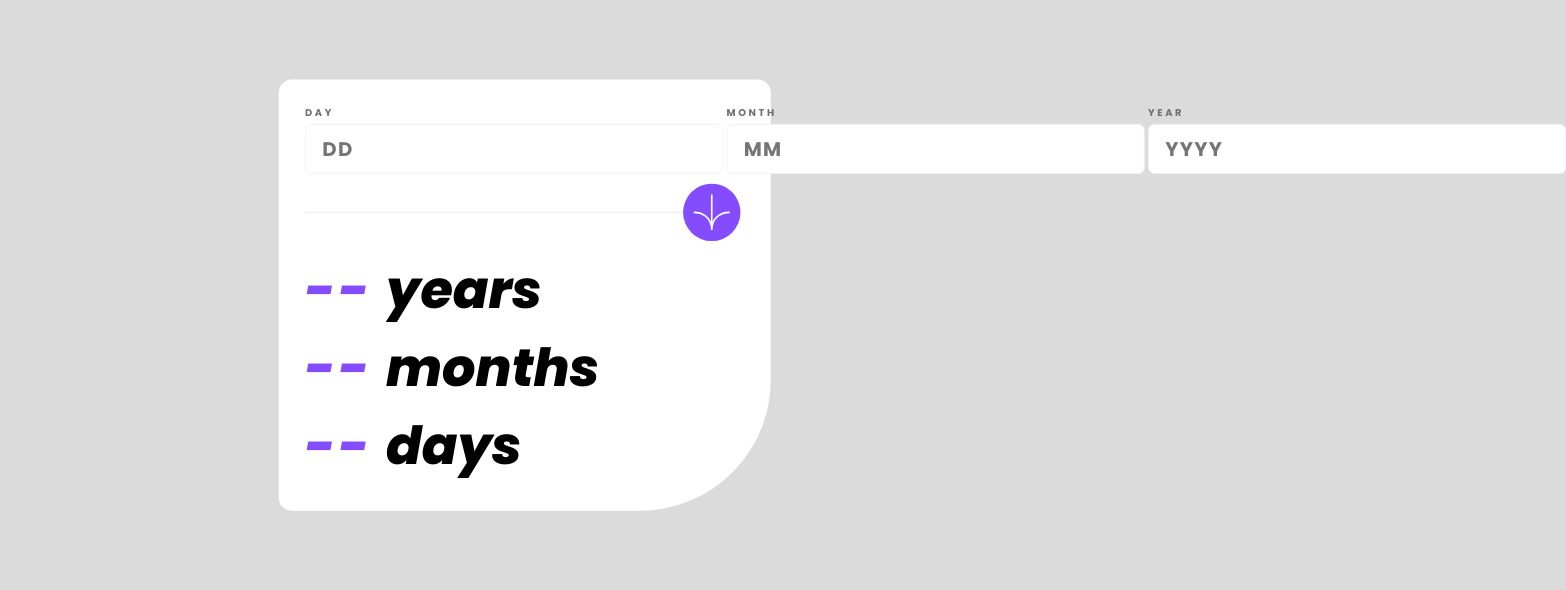
Repository: blordeus/age-calculator-app
Page: /
An editor plug-in stored every save of this project. The page is shown before and after the next save, followed by the edit.
The browser window is 1280 px wide. The page is 1910 px wide, then 1280 px, then 1910 px, so the pictures cover 1910 px, including what lies to the right of the window. The pictures show the whole page, at 82% of full size.
The project was rebuilt for these pictures with package versions that can differ from the ones it lists, and the page was loaded fresh each time.

Above is the page before, as saved 2023-08-23 16:03:43.

### src/App.js
 import { useState } from "react";
 import "./style.css";

 import arrowIcon from './images/icon-arrow.svg'

const App = () => {
  const [formData, setFormData] = useState({
    day: "",
    month: "",
    year: "",
  });

  const [formErrors, setFormErrors] = useState({
    day: "",
    month: "",
    year: "",
    generic: "",
  });

  const [output, setOutput] = useState({
    days: "",
    months: "",
    years: "",
  });

  const hasErrors = formErrors.day || formErrors.month || formErrors.year || formErrors.generic;

  return (
    <div className="card-container">
      <div className="inputs-container">
      <div className="input-label-container">
        <label htmlFor="day" style={{
          color: hasErrors ? "hsl(0,100%,67%)" : "hsl(0,1%,44%)",
        }}>Day</label>
        <input
        type="number"
        id="day"
        placeholder="DD"
        min={1}
        value={formData.day}
        style={{
          border: hasErrors
          ? '1px solid hsl(0,100%,67%)'
          : '1px solid hsl(0,0%,94%)'
        }}
        onChange={(e) =>
        setFormData((prevState) =>
        ({...prevState,
          day:e.target.value}))}
        />
        {formErrors.day && <p className="error">{formErrors.day}</p>}
      </div>

      <div className="input-label-container">
        <label htmlFor="month" style={{
          color: hasErrors ? "hsl(0,100%,67%)" : "hsl(0,1%,44%)",
        }}>Month</label>
        <input
        type="number"
        id="day"
        placeholder="MM"
        min={1}
        value={formData.month}
        style={{
          border: hasErrors
          ? '1px solid hsl(0,100%,67%)'
          : '1px solid hsl(0,0%,94%)'
        }}
        onChange={(e) =>
        setFormData((prevState) =>
        ({...prevState,
          month:e.target.value}))}
        />
        {formErrors.month && <p className="error">{formErrors.month}</p>}
      </div>

      <div className="input-label-container">
        <label htmlFor="year" style={{
          color: hasErrors ? "hsl(0,100%,67%)" : "hsl(0,1%,44%)",
        }}>Year</label>
        <input
        type="number"
        id="year"
        placeholder="YYYY"
        min={1}
        value={formData.year}
        style={{
          border: hasErrors
          ? '1px solid hsl(0,100%,67%)'
          : '1px solid hsl(0,0%,94%)'
        }}
        onChange={(e) =>
        setFormData((prevState) =>
        ({...prevState,
          year:e.target.value}))}
        />
        {formErrors.year && <p className="error">{formErrors.year}</p>}
      </div>
    </div>

    {formErrors.generic && (
      <p className="error generic">{formErrors.generic}</p>
    )}

<div className="divider-container">
  <div className="divider"></div>

  <button className="btn" onClick={() => null}>
    <img src={arrowIcon} alt="arrowIcon" />
  </button>
</div>

<div className="output-container">
  <h1>
    <span className="highlighted">
    {output.years === "" ? '--' : output.years}{" "}
    </span>
    {output.years === 1 ? 'year' : "years"}
    </h1>

    <h1>
    <span className="highlighted">
    {output.months === "" ? '--' : output.months}{" "}
    </span>
    {output.months === 1 ? 'month' : "months"}
    </h1>

    <h1>
    <span className="highlighted">
    {output.days === "" ? '--' : output.days}{" "}
    </span>
    {output.days === 1 ? 'day' : "days"}
    </h1>
</div>
    </div>
  );
};

export default App;

### src/style.css
@import url("https://fonts.googleapis.com/css2?family=Poppins:ital,wght@0,700;1,400;1,800&display=swap");

* {
  box-sizing: border-box;
  margin: 0;
  padding: 0;
  font-family: "Poppins", sans-serif;
}

:root {
  --Purple: hsl(259, 100%, 65%);
  --Light-red: hsl(0, 100%, 67%);
  --White: hsl(0, 0%, 100%);
  --Off-white: hsl(0, 0%, 94%);
  --Light-grey: hsl(0, 0%, 86%);
  --Smokey-grey: hsl(0, 1%, 44%);
  --Off-black: hsl(0, 0%, 8%);
}

body {
  background-color: var(--Light-grey);
  min-height: 100vh;
  display: flex;
  align-items: center;
  justify-content: center;
}

.card-container {
  width: 600px;
  border-radius: 1rem 1rem 10rem 1rem;
  background-color: var(--White);
  padding: 2rem;
  max-width: 90vw;
  margin-top: 1rem;
  margin-bottom: 1rem;
}

.inputs-container {
  display: flex;

  gap: 0.25rem;
}

.input-label-container {
  display: flex;
  flex-direction: column;
  gap: 0.25rem;
  flex: 1;
}

.input-label-container label {
  text-transform: uppercase;
  font-size: 0.75rem;
  letter-spacing: 0.2rem;
}

.input-label-container input {
  width: 130opx;
  padding: 0.75rem 1rem 0.75rem 1.25rem;
  font-size: 1.5rem;
  color: var(--Off-black);
  border-radius: 0.5rem;
  outline: none;
  letter-spacing: 0.1rem;
}

.error {
  color: var(--Light-red);
  font-weight: 400;
  font-style: italic;
  margin-top: 0.25rem;
  letter-spacing: 0.1rem;
  font-size: 0.75rem;
}

.error.generic {
  margin-top: 0.5rem;
}

.divider-container {
  display: flex;
  align-items: center;
  margin-top: 0.75rem;
  margin-bottom: 0.75rem;
}

.divider {
  height: 2px;
  background-color: var(--Off-white);
  width: 86%;
}

.btn {
  width: 70px;
  height: 70px;
  border-radius: 50%;
  background-color: var(--Purple);
  border:none;
  cursor: pointer;
  display: flex;
  align-items: center;
  justify-content: center;
}

.btn:hover {
  background-color: var(--Off-Black);
}

.output-container h1 {
  font-size: 4rem;
  font-weight: 800;
  font-style: italic;
}

.output-container .highlighted {
  color: var(--Purple);
  letter-spacing: 0.25rem;
}

@media only screen and (max-width: 620px) {
  .divider-container {
    display: block;
    position: relative;
    margin-top: 3rem;
    margin-bottom: 3rem;
  }

  .divider {
  width: 100%;
}

.btn {
  position: absolute;
  left: 50%;
  top: 50%;
  transform: translate(-50%, -50%);
}

.inputs-container {
  gap: 0.85rem;
}

.input-label-container input {
  font-size: 1rem;
}

.output-container h1 {
  font-size: 2.5rem;
}
}

@media only screen and (max-width: 530px) {
.inputs-container {
  flex-direction: column;
}

.input-label-container {
  width: 100%;
}

.input-label-container input {
  width: 100%;
}

.card-container {
  border-radius: 1rem 1rem 5rem 1rem;
}
}

Loaded but not shown: src/index.js (common file)

After the next save:
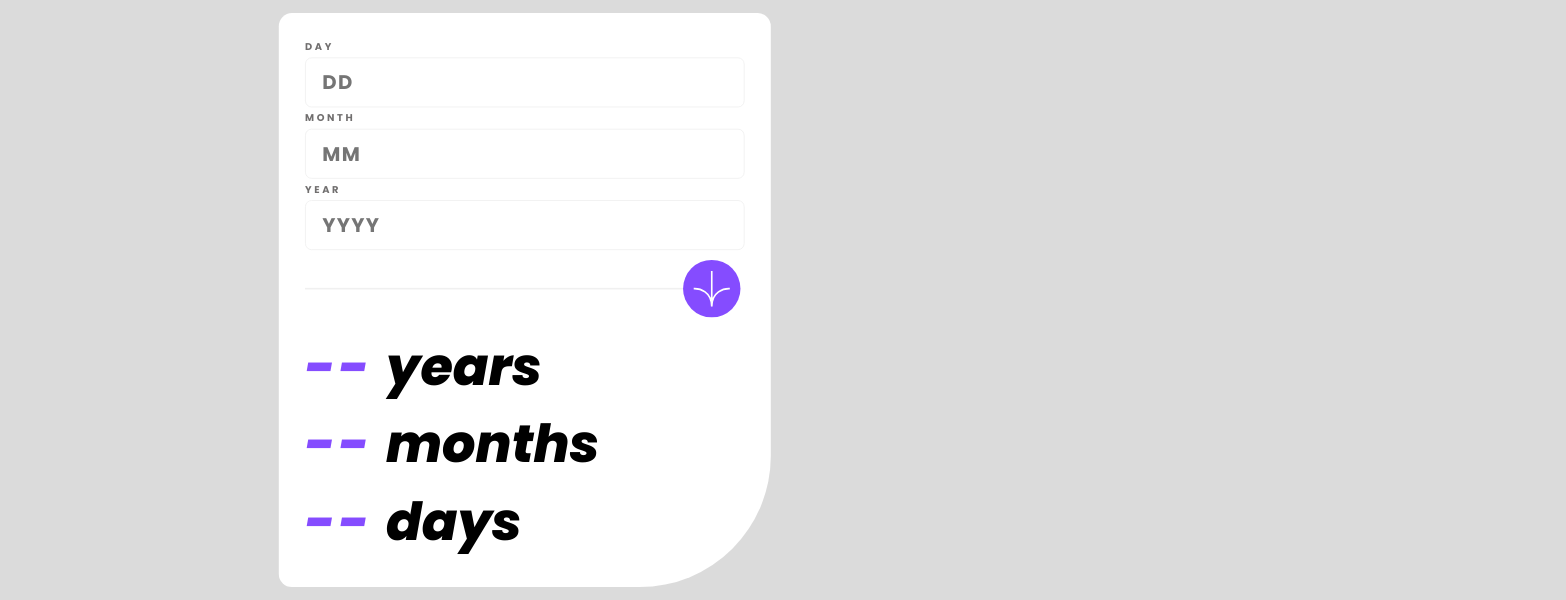
Saved 8 s later.
--- a/src/style.css
+++ b/src/style.css
@@ -37,7 +37,7 @@
 
 .inputs-container {
   display: flex;
-
+  flex-direction: column;
   gap: 0.25rem;
 }
 

After the save that followed:
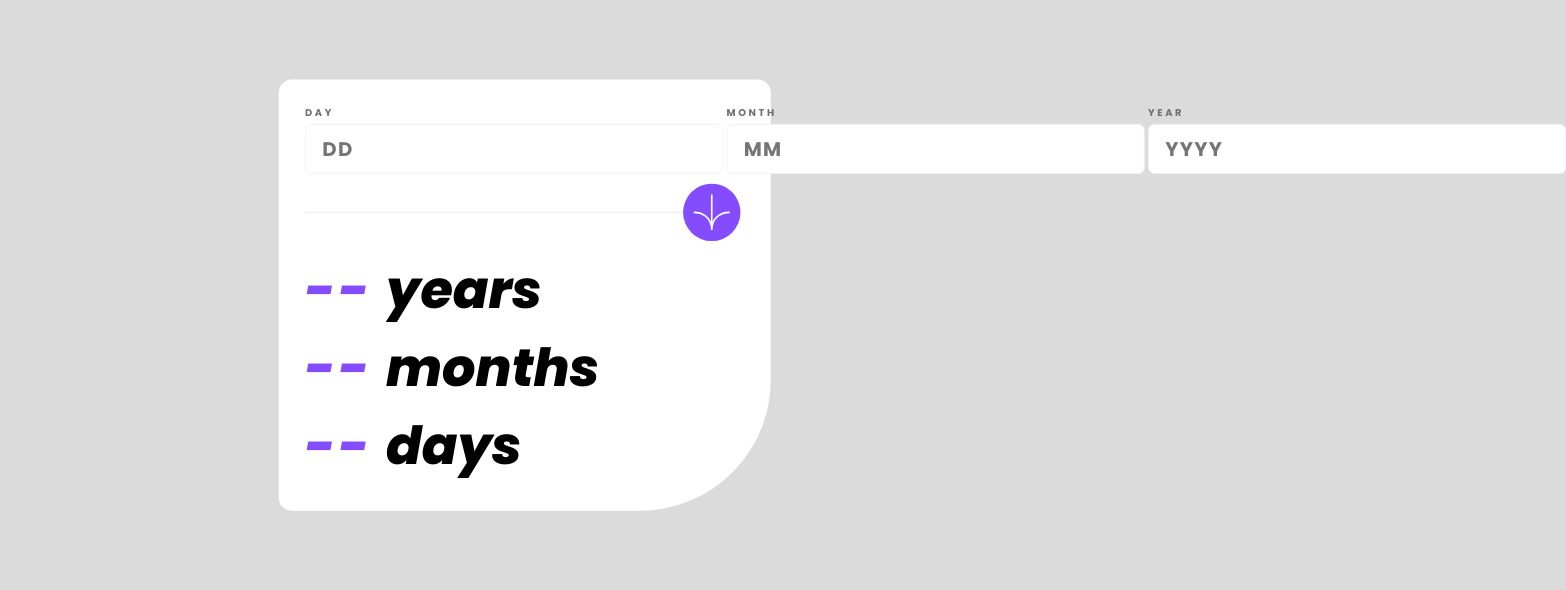
Saved 6 s later.
--- a/src/style.css
+++ b/src/style.css
@@ -37,7 +37,7 @@
 
 .inputs-container {
   display: flex;
-  flex-direction: column;
+  flex-direction: row;
   gap: 0.25rem;
 }
 
